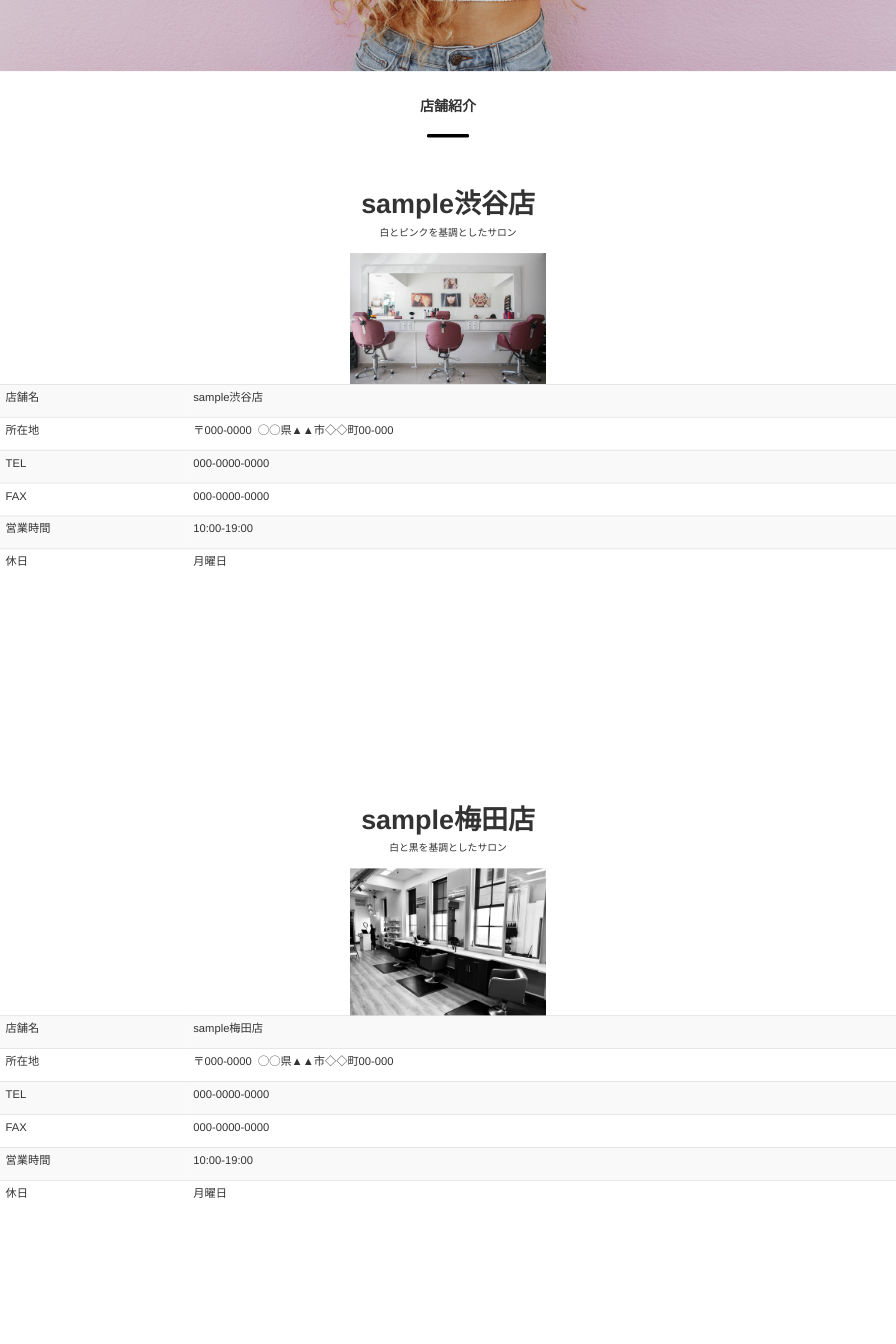
Repository: hayashikazuki/side_job_tenp_hayashi
Page: salon-tenp/profile.html
The author's editor kept a record of every edit. The page is drawn from the files as they stood at one moment, then again after the next edit.
The browser window is 1280 px wide. The pictures show the part of the page from y = 792 to 2712 px (the page is 2910 px tall before and 2890 px after), at 70% of full size.
Pictures or frames that could not be fetched are drawn as grey boxes. Some web libraries are served in a nearby version.

Above is the page before.

### salon-tenp/profile.html
<!DOCTYPE>
<html lang="ja">
    <head>
        <meta charaset="UTF-8">
        <title>sampleサロン</title>
        <meta charset="UTF-8">
        <meta name="viewport" content="width=device-width,initial-scale=1">
        <link rel="stylesheet" href="profile.css"/>
        <link rel="stylesheet" href="bootstrap.css"/>
        <link href="https://use.fontawesome.com/releases/v5.6.1/css/all.css" rel="stylesheet">
        <link rel="stylesheet" href="https://cdnjs.cloudflare.com/ajax/libs/font-awesome-animation/0.0.10/font-awesome-animation.css"
        type="text/css" media="all" />
        <script src="https://ajax.googleapis.com/ajax/libs/jquery/3.5.1/jquery.min.js"></script>
        <script src="profile.js"></script>
    </head>
    <body>
        <header>
            <h1>sample</h1>
        </header>

        <div id="navArea">

            <nav>
                <div class="inner">
                  <ul>
                    <li><a href="#">TOP</a></li>
                    <li><a href="#">店舗紹介</a></li>
                    <li><a href="#">お問い合わせ</a></li>
                  </ul>
                </div>
            </nav>

          　<div class="toggle_btn">
                <span></span>
                <span></span>
                <span></span>
          　</div>

      　　　　<div id="mask"></div>

    　　</div>

        <div class="main-img">
            <img src="./salon-img/averie-woodard-4nulm-JUYFo-unsplash.jpg">
        </div>

        <div class="shop-title">
            <h1>店舗紹介</h1>
        </div>

        <section class="shop-info">
            <h1>sample渋谷店</h1>
            <p>白とピンクを基調としたサロン</p>

            <div class="shop-img">
                <img src="./salon-img/guilherme-petri-PtOfbGkU3uI-unsplash.jpg">
            </div>
            <div class="info">
                <table class="table table-striped">
                    <tr>
                        <td><p>店舗名</p></td>
                        <td><p>sample渋谷店</p></td>
                    </tr>
                    <tr>
                        <td><p>所在地</p></td>
                        <td><p>〒000-0000&nbsp;&nbsp;◯◯県▲▲市◇◇町00-000</p></td>
                    </tr>
                    <tr>
                        <td><p>TEL</p></td>
                        <td><p>000-0000-0000</p></td>
                    </tr>
                    <tr>
                        <td><p>FAX</p></td>
                        <td><p>000-0000-0000</p></td>
                    </tr>
                    <tr>
                        <td><p>営業時間</p></td>
                        <td><p>10:00-19:00</p></td>
                    </tr>
                    <tr>
                        <td><p>休日</p></td>
                        <td><p>月曜日</p></td>
                    </tr>
                </table>
            </div>

            <iframe src="https://www.google.com/maps/embed?pb=!1m18!1m12!1m3!1d3241.7701641507188!2d139.69944711525818!3d35.658033880199675!2m3!1f0!2f0!3f0!3m2!1i1024!2i768!4f13.1!3m3!1m2!1s0x60188b563b00109f%3A0x337328def1e2ab26!2z5riL6LC36aeF!5e0!3m2!1sja!2sjp!4v1597506700726!5m2!1sja!2sjp" width="300" height="250" frameborder="0"
            style="border:0;" allowfullscreen="" aria-hidden="false" tabindex="0"></iframe>

        </section>


        <section class="shop-info">
            <h1>sample梅田店</h1>
            <p>白と黒を基調としたサロン</p>

            <div class="shop-img">
                <img src="./salon-img/adam-winger-VjRpkGtS55w-unsplash.jpg">
            </div>
            <div class="info">
                <table class="table table-striped">
                    <tr>
                        <td><p>店舗名</p></td>
                        <td><p>sample梅田店</p></td>
                    </tr>
                    <tr>
                        <td><p>所在地</p></td>
                        <td><p>〒000-0000&nbsp;&nbsp;◯◯県▲▲市◇◇町00-000</p></td>
                    </tr>
                    <tr>
                        <td><p>TEL</p></td>
                        <td><p>000-0000-0000</p></td>
                    </tr>
                    <tr>
                        <td><p>FAX</p></td>
                        <td><p>000-0000-0000</p></td>
                    </tr>
                    <tr>
                        <td><p>営業時間</p></td>
                        <td><p>10:00-19:00</p></td>
                    </tr>
                    <tr>
                        <td><p>休日</p></td>
                        <td><p>月曜日</p></td>
                    </tr>
                </table>
            </div>

            <iframe src="https://www.google.com/maps/embed?pb=!1m18!1m12!1m3!1d3280.1068282162037!2d135.49376191506227!3d34.70248538043399!2m3!1f0!2f0!3f0!3m2!1i1024!2i768!4f13.1!3m3!1m2!1s0x6000e68d95e3a70b%3A0x1baec822e859c84a!2z5aSn6Ziq6aeF!5e0!3m2!1sja!2sjp!4v1597506868678!5m2!1sja!2sjp" width="300" height="250" frameborder="0" style="border:0;" allowfullscreen=""
            aria-hidden="false" tabindex="0"></iframe>
        </section>

        <footer>
            <p>&copy;sample</p>
        </footer>


        <div class="top-btn">
            <a href="#top">
                <i class="fas fa-chevron-up my-black fa-4x faa-bounce animated"></i>
                <p>PAGE TOP</p>
            </a>
        </div>

    </body>
</html>

### salon-tenp/profile.css
body{
    margin:0;
}

header {
  position: fixed;
  top: 0;
  left: 0;
  z-index: 2;
  width: 100%;
  height: 65px;
  background: white;
}
header h1 {
  color: black;
  text-align:center;
  font-size:20px;
  line-height:35px;
  transition: .3s;
}

/*============
nav
=============*/
nav {
  display: block;
  position: fixed;
  top: 0;
  left: -300px;
  bottom: 0;
  width: 300px;
  background: #ffffff;
  overflow-x: hidden;
  overflow-y: auto;
  -webkit-overflow-scrolling: touch;
  transition: .5s;
  z-index: 3;
}
.open nav {
  left: 0;
}
nav .inner {
  padding: 25px;
}
nav .inner ul {
  list-style: none;
  margin: 0;
  padding: 0;
}
nav .inner ul li {
  position: relative;
  margin: 0;
  border-bottom: 1px solid #333;
}
nav .inner ul li a {
  display: block;
  color: #333;
  font-size: 14px;
  padding: 1em;
  text-decoration: none;
  transition-duration: 0.2s;
}
nav .inner ul li a:hover {
  background: #e4e4e4;
}

@media screen and (max-width: 767px) {
  nav {
    left: -240px;
    width: 240px;
  }
}
/*============
@keyframes
=============*/
@keyframes equalizer01 {
  0% {
    width: 70%;
  }
  10% {
    width: 50%;
  }
  20% {
    width: 100%;
  }
  30% {
    width: 10%;
  }
  40% {
    width: 50%;
  }
  50% {
    width: 70%;
  }
  60% {
    width: 50%;
  }
  70% {
    width: 10%;
  }
  80% {
    width: 100%;
  }
  90% {
    width: 10%;
  }
  100% {
    width: 70%;
  }
}
@keyframes equalizer02 {
  0% {
    width: 30%;
  }
  10% {
    width: 20%;
  }
  20% {
    width: 40%;
  }
  30% {
    width: 10%;
  }
  40% {
    width: 20%;
  }
  50% {
    width: 30%;
  }
  60% {
    width: 20%;
  }
  70% {
    width: 10%;
  }
  80% {
    width: 40%;
  }
  90% {
    width: 10%;
  }
  100% {
    width: 30%;
  }
}
/*============
.toggle_btn
=============*/
.toggle_btn {
  display: block;
  position: fixed;
  top: 25px;
  left: 30px;
  width: 60px;
  height: 30px;
  transform: translate(0, 0);
  transition: all .5s;
  cursor: pointer;
  z-index: 3;
}
.open .toggle_btn {
  left: 330px;
}
.toggle_btn span {
  display: block;
  position: absolute;
  left: 0;
  width: 30px;
  height: 2px;
  background-color: #666;
  transition: all .5s;
}
.toggle_btn span:nth-child(1) {
  top: 5px;
  width: 60px;
  animation: equalizer01 7000ms infinite;
}
.toggle_btn span:nth-child(2) {
  top: 15px;
  width: 30px;
  animation: equalizer02 5000ms infinite;
  animation-delay: 0.33s;
}
.toggle_btn span:nth-child(3) {
  top: 25px;
  width: 20px;
  animation: equalizer02 5000ms infinite;
}
.open .toggle_btn span {
  background-color: #fff;
  width: 30px;
}
.open .toggle_btn span:nth-child(1) {
  transform: translate(0, 10px) rotate(-45deg);
  animation: unset;
}
.open .toggle_btn span:nth-child(2) {
  opacity: 0;
  animation: unset;
}
.open .toggle_btn span:nth-child(3) {
  transform: translate(0, -10px) rotate(45deg);
  animation: unset;
}
@media screen and (max-width: 767px) {
  .open .toggle_btn {
    left: 260px;
  }
}
/*============
#mask
=============*/
#mask {
  display: none;
}
.open #mask {
  display: block;
  position: fixed;
  top: 0;
  left: 0;
  width: 100%;
  height: 100%;
  background: #000;
  opacity: .8;
  z-index: 2;
  cursor: pointer;
  transition: all .5s;
}


.main-img{
  margin-top:20px;
}

.main-img img{
    width:100%;
}

.shop-title{
  width:300px;
  margin:30px auto;
}

.shop-title h1 {
  position: relative;
  margin-bottom: 5em;
  font-size:20px;
 text-align:center;
}

.shop-title h1:before {
  content: '';
  position: absolute;
  bottom: -25px;
  display: inline-block;
  width: 60px;
  height: 5px;
  left: 50%;
  -webkit-transform: translateX(-50%);
  transform: translateX(-50%);
  background-color: black;
  border-radius: 2px;
}

.shop-info{
  margin-top:50px;
  text-align:center;
}

.shop-img{
  margin-top:20px;
}

.shop-img img{
    width:280px;
}

Loaded but not shown: salon-tenp/bootstrap.css (library); salon-tenp/profile.js (no copy from this time; the picture is the same without it)

After the next edit:
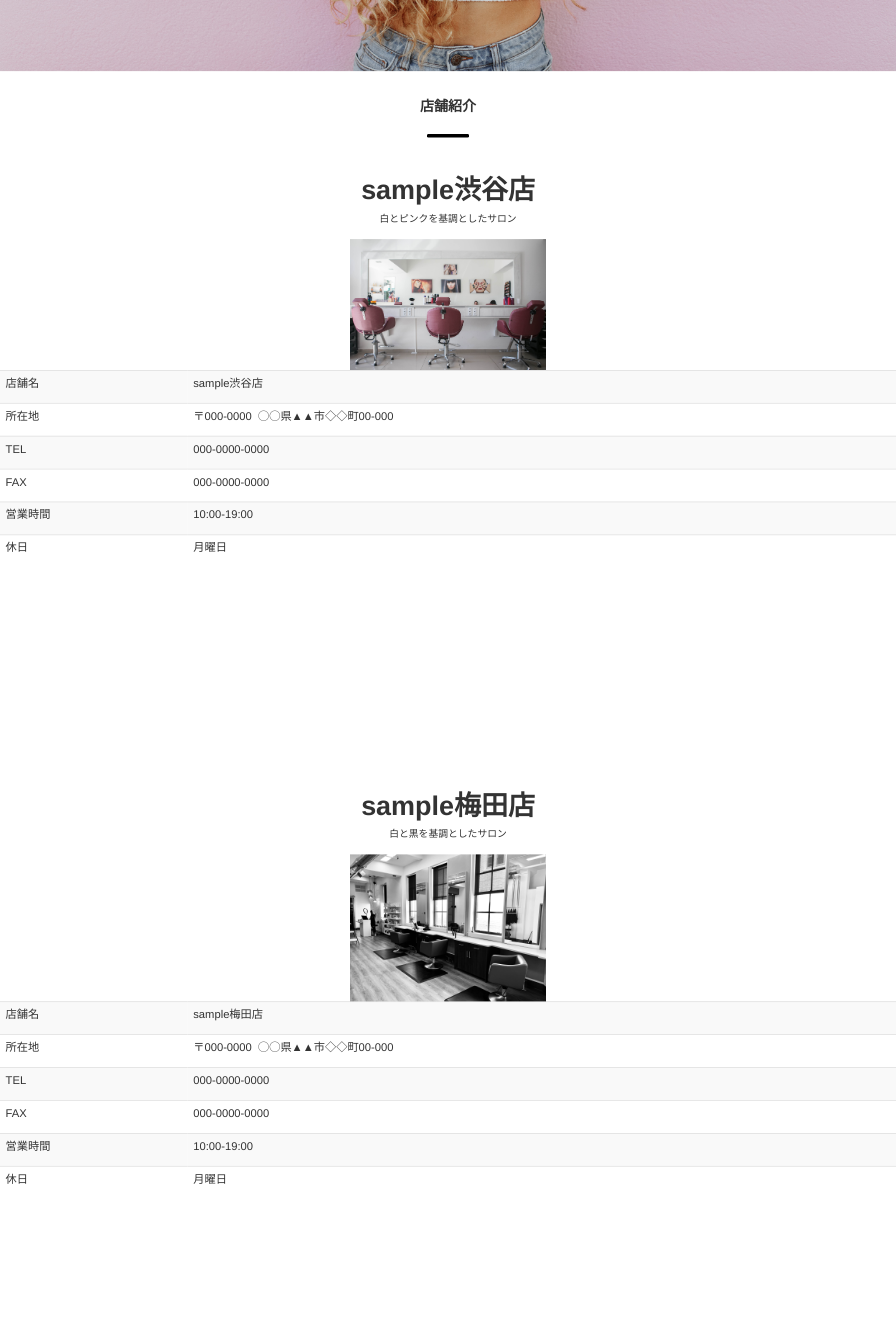
The edit:
--- a/salon-tenp/profile.css
+++ b/salon-tenp/profile.css
@@ -243,7 +243,7 @@
 
 .shop-title h1 {
   position: relative;
-  margin-bottom: 5em;
+  margin-bottom: 4em;
   font-size:20px;
  text-align:center;
 }
